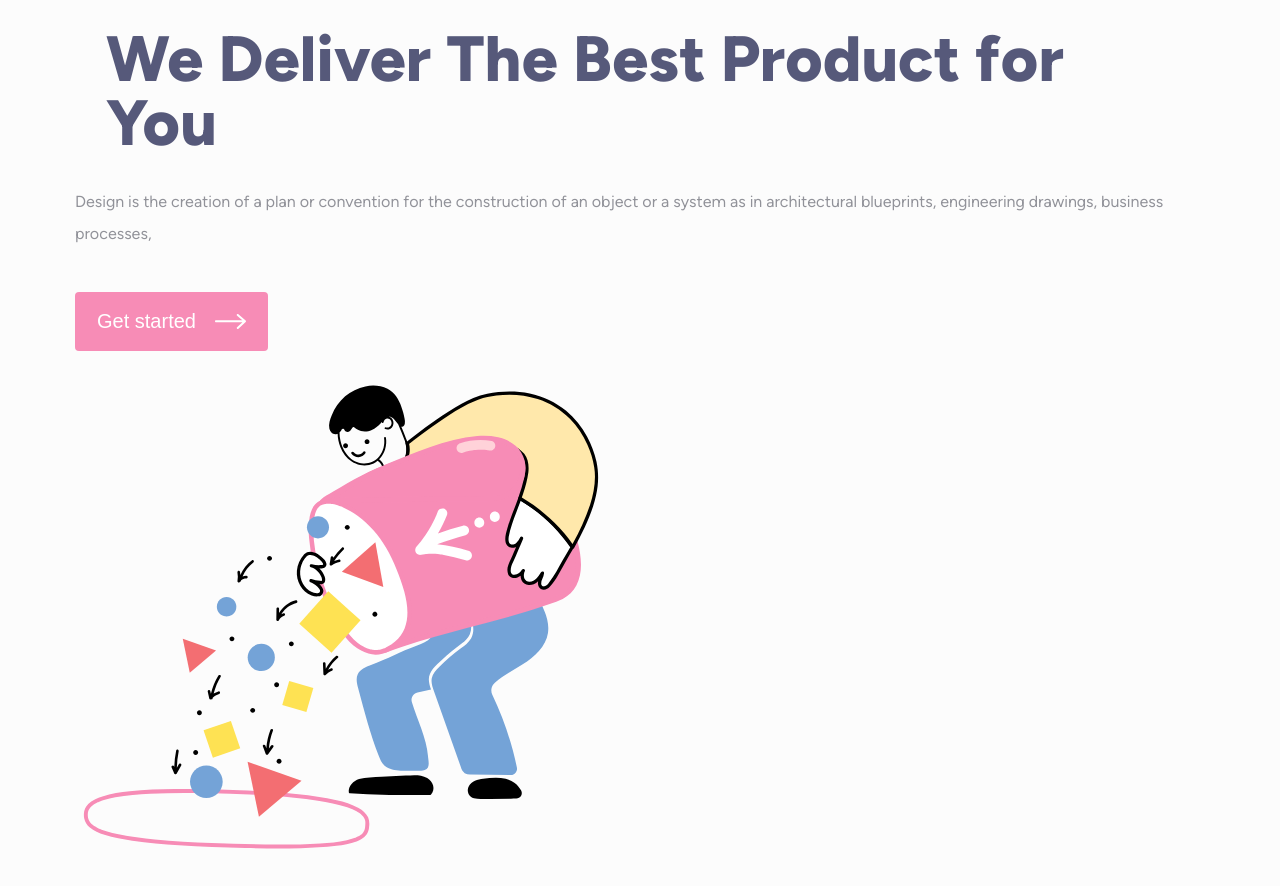
Repository: ArusyakAghajanyan/MirageFigma
Page: Figma/index.html
An editor plug-in stored every save of this project. The page is shown before and after the next save, followed by the edit.
The browser window is 1280 px wide. The pictures show the part of the page from y = 1421 to 2307 px (the page is 2307 px tall before and 2133 px after).
A picture or video elsewhere on the page could not be fetched, so the positions and the page height are approximate.

Above is the page before, as saved 2022-08-21 21:51:26.

### Figma/index.html
<!DOCTYPE html>
<html lang="en">
  <head>
    <meta charset="UTF-8" />
    <meta http-equiv="X-UA-Compatible" content="IE=edge" />
    <meta name="viewport" content="width=device-width, initial-scale=1.0" />
    <link rel="stylesheet" href="./assets/./css/reset.css" />
    <link rel="stylesheet" href="./assets/css/style.css" />
    <link rel="stylesheet" href="./assets/css/responsive.css" />
    <title>Mirage</title>
  </head>
  <body>
    <header class="header">
      <div class="container">
        <div class="header-content">
          <h1 class="header__logo"><span class="text-primary">Mi</span>rage</h1>
          <nav class="header__nav">
            <ul class="header__menu">
              <li class="header__menu-item">
                <a href="#" class="header__menu-link">Home</a>
              </li>
              <li class="header__menu-item">
                <a href="#" class="header__menu-link">About</a>
              </li>
              <li class="header__menu-item">
                <a href="#" class="header__menu-link">Product</a>
              </li>
              <li class="header__menu-item">
                <a href="#" class="header__menu-link">Pricing</a>
              </li>
              <li class="header__menu-item">
                <a href="#" class="header__menu-link">Test</a>
              </li>
            </ul>
          </nav>
        </div>
      </div>
    </header>
    <main>
      <section class="intro">
        <div class="container">
          <div class="intro-content">
            <div class="intro__description">
              <h2 class="intro__title">__Creative Agency</h2>
              <h3 class="intro__subtitle">
                We Deliver The Best Product for You
              </h3>
              <p class="intro__details">
                Design is the creation of a plan or convention for the
                construction of an object or a system as in architectural
                blueprints, engineering drawings, business processes,
              </p>
              <button class="intro__button base-button base-button--primary">
                <span class="intro__button-text">Get started</span>
                <img
                  class="intro__button-icon"
                  src="./assets/icons/Group 1.svg"
                  alt="arrow"
                />
              </button>
            </div>
            <div class="intro__image-wrapper">
              <img
                class="intro__img"
                src="./assets/images/intro-image.svg"
                alt=""
              />
            </div>
          </div>
        </div>
      </section>
      <section class="services">
        <div class="container">
          <div class="services-content">
            <div class="services__description">
              <h2 class="services__title">Our Services</h2>
              <h3 class="services__subtitle">Why People Choose Us</h3>
            </div>
            <div class="services__card">
              <div class="services__card-item">
                <div class="services__image-wrapper">
                  <img
                    class="services__image"
                    src="./assets/images/service-image1.svg"
                    alt="Design"
                  />
                </div>
                <h2 class="services__card-item-title">Design</h2>
                <p class="services__card-item-description">
                  a plan or drawing produced to show the look and function
                </p>
              </div>

              <div class="services__card-item">
                <div class="services__image-wrapper">
                  <img
                    class="services__image"
                    src="./assets/images/service-image2.svg"
                    alt="Development"
                  />
                </div>
                <h2 class="services__card-item-title">Development</h2>
                <p class="services__card-item-description">
                    Development is defined as the process of growth or new</p>
              </div>


              <div class="services__card-item">
                <div class="services__image-wrapper">
                  <img
                    class="services__image"
                    src="./assets/images/service-image3.svg"
                    alt="Branding"
                  />
                </div>
                <h2 class="services__card-item-title">Branding</h2>
                <p class="services__card-item-description">
                    The marketing practice of creating a name, symbol or</p>
                    <div class="services__card-more">
                        <span class="services__card-more-text" >Learn more</span>
                        <img class="services__card-more-icon" src="./assets/images/arrow.svg" alt="">
                    </div>
              </div>

              <div class="services__card-item">
                <div class="services__image-wrapper">
                  <img
                    class="services__image"
                    src="./assets/images/service-image1.svg"
                    alt="Illustration"
                  />
                </div>
                <h2 class="services__card-item-title">Illustration</h2>
                <p class="services__card-item-description">
                    An illustration is a decoration, interpretation or visual                </p>
              </div>
            </div>
          </div>
        </div>
      </section>
      <section class="design">
        <div class="container">
          <div class="design-content">
            <div class="design__description">
              <h2 class="design__title">__Creative Agency</h2>
              <h3 class="intro__subtitle">
                We Deliver The Best Product for You
              </h3>
              <p class="intro__details">
                Design is the creation of a plan or convention for the
                construction of an object or a system as in architectural
                blueprints, engineering drawings, business processes,
              </p>
              <button class="intro__button base-button base-button--primary">
                <span class="intro__button-text">Get started</span>
                <img
                  class="intro__button-icon"
                  src="./assets/icons/Group 1.svg"
                  alt="arrow"
                />
              </button>
            </div>
            <div class="intro__image-wrapper">
              <img
                class="intro__img"
                src="./assets/images/intro-image.svg"
                alt=""
              />
            </div>
          </div>
        </div>
      </section>

    </main>
  </body>
</html>

### Figma/assets/css/reset.css
html, body, div, span, applet, object, iframe,
h1, h2, h3, h4, h5, h6, p, blockquote, pre,
a, abbr, acronym, address, big, cite, code,
del, dfn, em, img, ins, kbd, q, s, samp,
small, strike, strong, sub, sup, tt, var,
b, u, i, center,
dl, dt, dd, ol, ul, li,
fieldset, form, label, legend,
table, caption, tbody, tfoot, thead, tr, th, td,
article, aside, canvas, details, embed,
figure, figcaption, footer, header, hgroup,
menu, nav, output, ruby, section, summary,
time, mark, audio, video {
	margin: 0;
	padding: 0;
	border: 0;
	font-size: 100%;
	font: inherit;
	vertical-align: baseline;
}

article, aside, details, figcaption, figure,
footer, header, hgroup, menu, nav, section {
	display: block;
}
body {
	line-height: 1;
}
ol, ul {
	list-style: none;
}
blockquote, q {
	quotes: none;
}
blockquote:before, blockquote:after,
q:before, q:after {
	content: '';
	content: none;
}
table {
	border-collapse: collapse;
	border-spacing: 0;
}
a {
        color: inherit;
    text-decoration: none;
  }
*, *::before, *::after {
    box-sizing: border-box;
  }

### Figma/assets/css/style.css
/* Fonts */
@import url("../fonts/fonts.css");

/* Variables */
@import url("./var.css");

/* UI */
@import url("./UI/button.css");



@import url("./main.css");

/* Sections */
@import url("./sections/header.css");
@import url("./sections/intro.css");
@import url("./sections/services.css");

### Figma/assets/fonts/fonts.css
@font-face {
    font-family: 'Figtree';
    src: url('Figtree-Black.eot');
    src: url('Figtree-Black.eot?#iefix') format('embedded-opentype'),
        url('Figtree-Black.woff2') format('woff2'),
        url('Figtree-Black.woff') format('woff'),
        url('Figtree-Black.ttf') format('truetype');
    font-weight: 900;
    font-style: normal;
    font-display: swap;
}

@font-face {
    font-family: 'Figtree';
    src: url('Figtree-Light.eot');
    src: url('Figtree-Light.eot?#iefix') format('embedded-opentype'),
        url('Figtree-Light.woff2') format('woff2'),
        url('Figtree-Light.woff') format('woff'),
        url('Figtree-Light.ttf') format('truetype');
    font-weight: 300;
    font-style: normal;
    font-display: swap;
}

@font-face {
    font-family: 'Figtree';
    src: url('Figtree-SemiBold.eot');
    src: url('Figtree-SemiBold.eot?#iefix') format('embedded-opentype'),
        url('Figtree-SemiBold.woff2') format('woff2'),
        url('Figtree-SemiBold.woff') format('woff'),
        url('Figtree-SemiBold.ttf') format('truetype');
    font-weight: 600;
    font-style: normal;
    font-display: swap;
}

@font-face {
    font-family: 'Figtree';
    src: url('Figtree-Medium.eot');
    src: url('Figtree-Medium.eot?#iefix') format('embedded-opentype'),
        url('Figtree-Medium.woff2') format('woff2'),
        url('Figtree-Medium.woff') format('woff'),
        url('Figtree-Medium.ttf') format('truetype');
    font-weight: 500;
    font-style: normal;
    font-display: swap;
}

@font-face {
    font-family: 'Figtree';
    src: url('Figtree-Bold.eot');
    src: url('Figtree-Bold.eot?#iefix') format('embedded-opentype'),
        url('Figtree-Bold.woff2') format('woff2'),
        url('Figtree-Bold.woff') format('woff'),
        url('Figtree-Bold.ttf') format('truetype');
    font-weight: bold;
    font-style: normal;
    font-display: swap;
}

@font-face {
    font-family: 'Figtree';
    src: url('Figtree-ExtraBold.eot');
    src: url('Figtree-ExtraBold.eot?#iefix') format('embedded-opentype'),
        url('Figtree-ExtraBold.woff2') format('woff2'),
        url('Figtree-ExtraBold.woff') format('woff'),
        url('Figtree-ExtraBold.ttf') format('truetype');
    font-weight: bold;
    font-style: normal;
    font-display: swap;
}

@font-face {
    font-family: 'Figtree';
    src: url('Figtree-Regular.eot');
    src: url('Figtree-Regular.eot?#iefix') format('embedded-opentype'),
        url('Figtree-Regular.woff2') format('woff2'),
        url('Figtree-Regular.woff') format('woff'),
        url('Figtree-Regular.ttf') format('truetype');
    font-weight: normal;
    font-style: normal;
    font-display: swap;
}

### Figma/assets/css/var.css
:root {
    --primary: #F78CB6;
    --secondary: #56597A;
    --background-color: #FCFCFC;
    --secondary-light: #919299;
    --background: #E5E5E5;
    --background-secondary: #FFF1F9;
    --background-light: #fcfcfc;

    /*Abstract*/
    --white: #ffffff;

}

### Figma/assets/css/UI/button.css
.base-button {
    background-color: transparent;
    border: none;
    outline: none;
    padding: 18px 22px;
    border-radius: 4px;

}
.base-button-hover {
    cursor: pointer;
}
.base-button--primary {
    background-color: var(--primary);
    color: var(--white);
}

### Figma/assets/css/main.css
html, body {
    font-family: 'Figtree', sans-serif;
    background-color: var(--background-light);
    margin: 0;
    padding: 0;
}
.container {
    width: 1130px;
    margin: 0 auto;
}
.text-primary {
    color: var(--primary);
}

### Figma/assets/css/sections/header.css
.header {
  position: fixed;
  width: 100%;
  padding-top: 57px;

}
.header-content {
  display: flex;
  align-items: center;
  justify-content: space-between;
}

.header__logo {
  font-size: 30px;
  font-weight: 700;
  color: var(--secondary);
}

.header__menu {
  display: flex;
  align-items: center;
  justify-content: flex-end;
  color: var( --secondary-light);
}

.header__menu-item:not(:last-child) {
  margin: 0 36px;
}
.header__menu-link:hover {
  color: var( --secondary);
}

### Figma/assets/css/sections/intro.css
.intro {
    height: 100vh;
    display: flex;
    align-items: center;
    justify-content: center;
    /* margin-top: 216px; */
}
.intro-content {
    height: 100vh;
 display: flex;
 align-items: center;
 justify-content: space-between;
 /* espes gisht a heravorutyun pahelu hamar */
  margin-top: 216px;

}
.intro__description {
    width: 50%;
}

.intro__title {
    font-size: 28px;
    color: var(--primary);
    margin-bottom: 29px;
}
.intro__subtitle {
    font-size: 64px;
    font-weight: 700;
    color: var(--secondary);
    margin: 31px;
}
.intro__details {
    color: var(--secondary-light);
    margin-bottom: 42px;
    line-height: 32px;
}
.intro__button {
    font-size: 20px;
    display: flex;
    align-items: center;
}
.intro__button-icon {
    margin-left: 19px;
}

.intro__image__wrapper {
    width: 50%;

}
.intro__image {
width: 100%;
display: block;
}

### Figma/assets/css/sections/services.css
.services {
    margin-top: 203px;
    display: flex;
    flex-direction: column;
    align-items: center;
    justify-content: center;

}
.services-content {

    align-items: center;
    text-align: center;

    /* justify-content: space-between; */
}

.services__title {
    display: inline-block;
    font-size: 28px;
    color: var(--primary);
    margin-bottom: 6px;
}
.services__subtitle {
    display: block;
    font-size: 64px;
    font-weight: 700;
    color: var(--secondary);
    margin: 0 0 58px;
}
.services__card {
    display: flex;
    justify-content: space-between;
}
.services__card-item {
    display: flex;
    flex-direction: column;
    width: calc(25% - 16px);
    margin: 0 8px;
    align-items: center;
    justify-content: center;
    background-color: var(--background-secondary);
    border-radius: 8px;
    padding: 56px 23px 23px;
}

.services__image-wrapper {
    display: flex;
    width: 49px;
    height: 43px;
    margin-bottom: 42px;
    margin-top: 56px;
    align-items: center;
    justify-content: center;
}

.services__card-item-title {
    color: var(--secondary);
    font-size: 34px;
    padding-bottom: 10px;
}

.services__card-item-description{
    color: var(--secondary-light);
    font-size: 16px;

}
.services__card-more{
    color: var(--secondary);
    margin-top: 10px;
    font-style: 20px;
}


.services__card-more-icon{
    margin-left: 8px;
}

Loaded but not shown: Figma/assets/css/responsive.css (no copy from this time; the picture is the same without it)

After the next save:
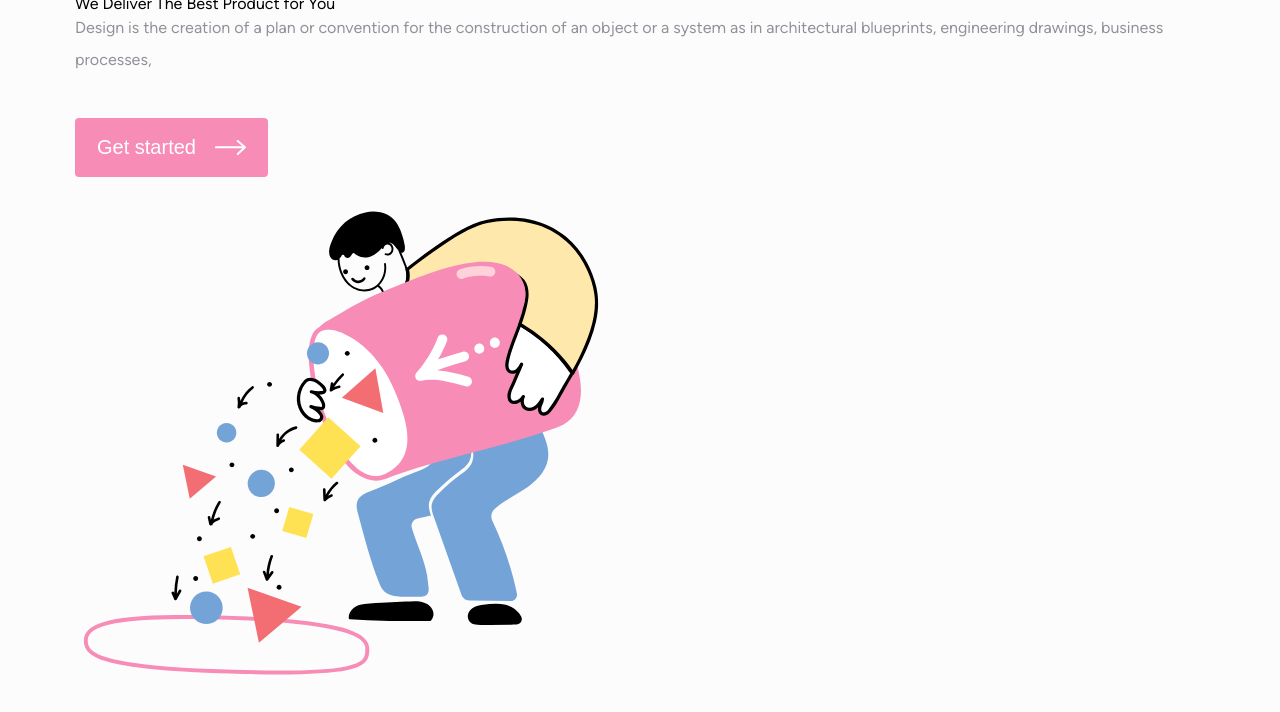
Saved 7 s later.
--- a/Figma/index.html
+++ b/Figma/index.html
@@ -143,7 +143,7 @@
           <div class="design-content">
             <div class="design__description">
               <h2 class="design__title">__Creative Agency</h2>
-              <h3 class="intro__subtitle">
+              <h3 class="design__subtitle">
                 We Deliver The Best Product for You
               </h3>
               <p class="intro__details">
